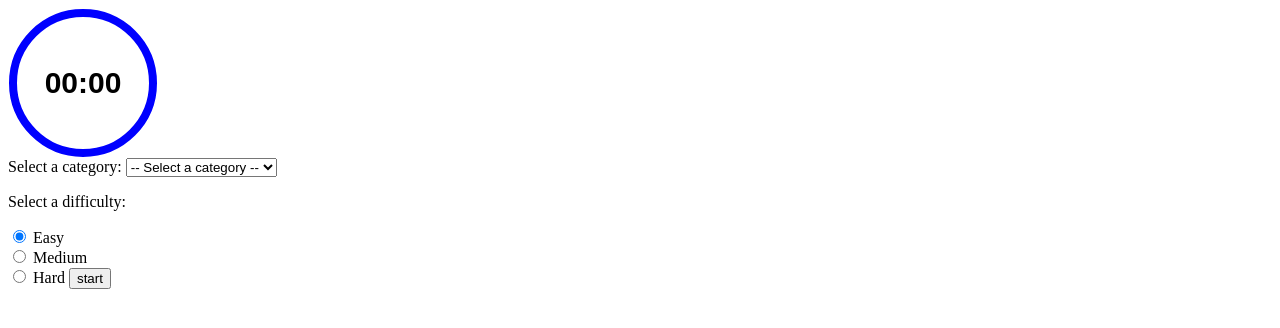
Repository: sierralaurent/SmartiePants
Page: trivia.html
These files come from the project's save history. The page is drawn as it stood at one moment and after the next save; the edit follows.
The browser window is 1280 px wide. The pictures show the whole page.

Above is the page before, as saved 2023-05-12 22:25:28.

### trivia.html
<!DOCTYPE html>
<html lang="en">

<head>
  <link rel="stylesheet" href="trivia.css">
  <meta charset="UTF-8">
  <meta http-equiv="X-UA-Compatible" content="IE=edge">
  <meta name="viewport" content="width=
    , initial-scale=1.0">

  <title>Document</title>
</head>

<body>

  <div id="time">
    <div class="circle" style="--clr:#ff2972">
        <div class="dots"></div>
        <svg>
            <circle cx="70" cy="70" r="70" id="dd"></circle>
        </svg>
        <div id="timeLeft">00:00</div>
    </div>
</div>

  <div class="settingsContainer" style='display: block;' id="settingsContainer">
    <label for="category-dropdown">Select a category:</label>
    <select id="category-dropdown">
      <option value="">-- Select a category --</option>
    </select>

    <p>Select a difficulty:</p>
    <input type="radio" id="easy" name="difficulty" value="easy" checked>
    <label for="easy">Easy</label><br>
    <input type="radio" id="medium" name="difficulty" value="medium">
    <label for="medium">Medium</label><br>
    <input type="radio" id="hard" name="difficulty" value="hard">
    <label for="hard">Hard</label>

    <button id="start-button">start</button>
  </div>


  <div class="container" id="quizContainer" style='display: none;'>
    <div id="game" class="justify-center flex-column">
      <div id="hud">
        <div id="hud-item">
          <p id="progressText" class="hud-prefix">
            Question
          </p>
          <div id="progressBar">
            <div id="progressBarFull"></div>
          </div>
        </div>
        <div id="hud-item">
          <p class="hud-prefix">
            Score
          </p>
          <h1 class="hud-main-text" id="score">
            0
          </h1>
        </div>
      </div>
      <h2 id="question">What is the answer to this questions?</h2>
      <div class="choice-container">
        <p class="choice-prefix">A</p>
        <p class="choice-text" data-number="1">Choice 1</p>
      </div>
      <div class="choice-container">
        <p class="choice-prefix">B</p>
        <p class="choice-text" data-number="2">Choice 2</p>
      </div>
      <div class="choice-container">
        <p class="choice-prefix">C</p>
        <p class="choice-text" data-number="3">Choice 3</p>
      </div>
      <div class="choice-container">
        <p class="choice-prefix">D</p>
        <p class="choice-text" data-number="4">Choice 4</p>
      </div>
    </div>
  </div>



  <script src="trivia.js" />
</body>

</html>

### trivia.css
#time .circle svg{
    position: relative;
    width: 150px;
    height: 150px;
    transform: rotate(270deg);
    }

    #time .circle svg circle{
        fill: transparent;
        stroke-width: 8;
        stroke: blue;
        transform: translate(5px,5px);
        stroke-dasharray: 440;
    }

    #time .circle{
        position: relative;
        width: 150px;
        height: 150px;
        display: flex;
        justify-content: center;
        align-items: center;
    }

    #time div{
        position: absolute;
        text-align: center;
        font-family: Arial, Helvetica, sans-serif;
        font-weight: bold;
        font-size: 30px;
    }

### trivia.js
// get the dropdown input and turns it into const
const categoryDropdown = document.getElementById("category-dropdown");
let display = '';
// fetches categories from api
fetch("https://opentdb.com/api_category.php")
  .then(response => response.json())
  .then(data => {
    // sets categories value to the data in the trivia_categories json from api
    const categories = data.trivia_categories;
    // sorts categories alphabetically
    categories.sort((a, b) => a.name.localeCompare(b.name));
    categories.forEach(category => {
      // for each category, it creates an element in the dropdown
      const option = document.createElement("option");
      option.value = category.id;
      option.text = category.name;
      categoryDropdown.add(option);
    });
  })
  // catches any errors
  .catch(error => console.error(error));



const startButton = document.getElementById("start-button");
const difficultyRadios = document.getElementsByName("difficulty");
let url = ''

// event listener for the start button. runs startQuiz function
startButton.addEventListener("click", startQuiz);

//sets the category to the value of what user picked in dropdown
function startQuiz() {
  const category = categoryDropdown.value;
  // sets diffiulty based on what user picked in radio buttons
  const difficulty = getSelectedRadioValue(difficultyRadios);
  //the url of what questions the api will give based on category and difficulty user picked
  url = `https://opentdb.com/api.php?amount=10&type=multiple${category ? `&category=${category}` : ""}${difficulty ? `&difficulty=${difficulty}` : ""}`;

  const quizContainer = document.getElementById("quizContainer");
  const settingsContainer = document.getElementById("settingsContainer")

  if (quizContainer.style.display === 'none') {
    settingsContainer.style.display = 'none'
    quizContainer.style.display = 'block';
  } else {
    quizContainer.style.display === 'none';
    settingsContainer.style.display = 'block'
  }

  const question = document.getElementById('question');
  const choices = Array.from(document.getElementsByClassName('choice-text'));
  const progressText = document.getElementById('progressText');
  const scoreText = document.getElementById('score');
  const progressBarFull = document.getElementById('progressBarFull');
  let currentQuestion = {};
  let acceptingAnswers = false;
  let score = 0;
  let questionCounter = 0;
  let availableQuesions = [];
  let questions = [];

  fetch(
    `${url}`
  )
    .then((res) => {
      return res.json();
    })
    .then((loadedQuestions) => {
      questions = loadedQuestions.results.map((loadedQuestion) => {
        const formattedQuestion = {
          question: loadedQuestion.question,
        };

        const answerChoices = [...loadedQuestion.incorrect_answers];
        formattedQuestion.answer = Math.floor(Math.random() * 4) + 1;
        answerChoices.splice(
          formattedQuestion.answer - 1,
          0,
          loadedQuestion.correct_answer
        );

        answerChoices.forEach((choice, index) => {
          formattedQuestion['choice' + (index + 1)] = choice;
        });

        return formattedQuestion;
      });
      startGame();
    })
    .catch((err) => {
      console.error(err);
    });

  //CONSTANTS
  const CORRECT_BONUS = 10;
  const MAX_QUESTIONS = 10;

  startGame = () => {
    questionCounter = 0;
    score = 0;
    availableQuesions = [...questions];
    getNewQuestion();
  };

  getNewQuestion = () => {
    if (availableQuesions.length === 0 || questionCounter >= MAX_QUESTIONS) {
      localStorage.setItem('mostRecentScore', score);
      //go to the end page
      return window.location.assign('/end.html');
    }
    questionCounter++;
    progressText.innerText = `Question ${questionCounter}/${MAX_QUESTIONS}`;
    //Update the progress bar
    progressBarFull.style.width = `${(questionCounter / MAX_QUESTIONS) * 100}%`;

    const questionIndex = Math.floor(Math.random() * availableQuesions.length);
    currentQuestion = availableQuesions[questionIndex];
    question.innerText = currentQuestion.question;

    choices.forEach((choice) => {
      const number = choice.dataset['number'];
      choice.innerText = currentQuestion['choice' + number];
    });

    availableQuesions.splice(questionIndex, 1);
    acceptingAnswers = true;
  };

  choices.forEach((choice) => {
    choice.addEventListener('click', (e) => {
      if (!acceptingAnswers) return;

      acceptingAnswers = false;
      const selectedChoice = e.target;
      const selectedAnswer = selectedChoice.dataset['number'];

      const classToApply =
        selectedAnswer == currentQuestion.answer ? 'correct' : 'incorrect';

      if (classToApply === 'correct') {
        incrementScore(CORRECT_BONUS);
      }

      selectedChoice.parentElement.classList.add(classToApply);

      setTimeout(() => {
        selectedChoice.parentElement.classList.remove(classToApply);
        getNewQuestion();
      }, 1000);
    });
  });

  incrementScore = (num) => {
    score += num;
    scoreText.innerText = score;
  };


  console.log(url)
}

function getSelectedRadioValue(radios) {
  for (let i = 0; i < radios.length; i++) {
    if (radios[i].checked) {
      return radios[i].value;
    }
  }
  return null;
}

After the next save:
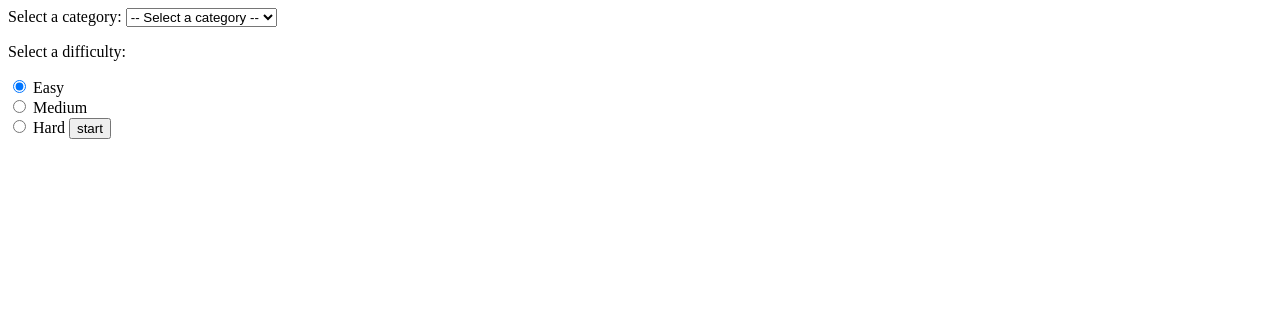
Saved 22 s later.
--- a/trivia.html
+++ b/trivia.html
@@ -13,15 +13,7 @@
 
 <body>
 
-  <div id="time">
-    <div class="circle" style="--clr:#ff2972">
-        <div class="dots"></div>
-        <svg>
-            <circle cx="70" cy="70" r="70" id="dd"></circle>
-        </svg>
-        <div id="timeLeft">00:00</div>
-    </div>
-</div>
+
 
   <div class="settingsContainer" style='display: block;' id="settingsContainer">
     <label for="category-dropdown">Select a category:</label>

After the save that followed:
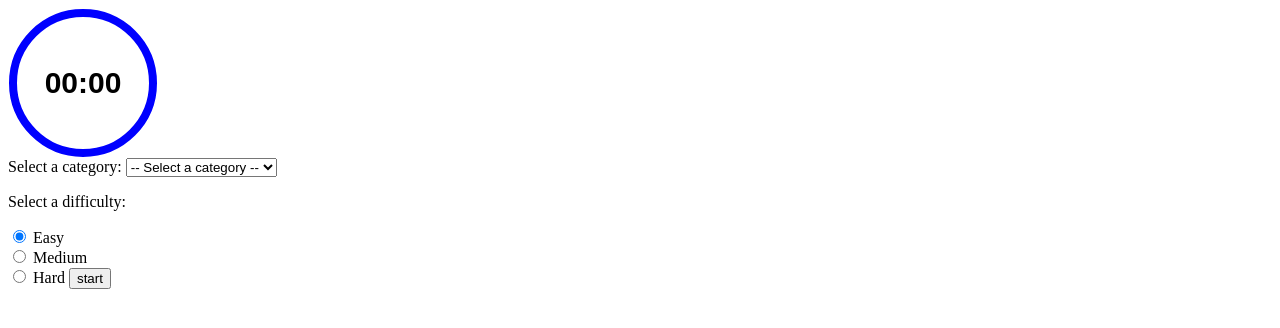
Saved 14 s later.
--- a/trivia.html
+++ b/trivia.html
@@ -13,7 +13,15 @@
 
 <body>
 
-
+  <div id="time">
+    <div class="circle" style="--clr:#ff2972">
+        <div class="dots"></div>
+        <svg>
+            <circle cx="70" cy="70" r="70" id="dd"></circle>
+        </svg>
+        <div id="timeLeft">00:00</div>
+    </div>
+</div>
 
   <div class="settingsContainer" style='display: block;' id="settingsContainer">
     <label for="category-dropdown">Select a category:</label>
